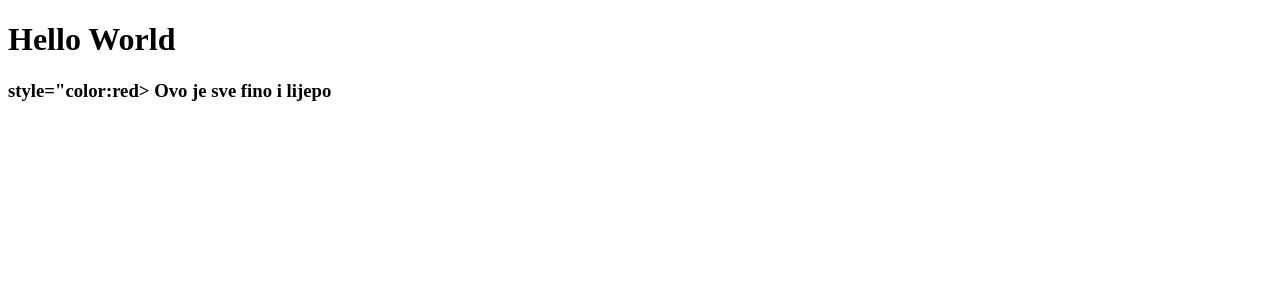
Repository: SemirSahman/Month2
Page: W11D03/public/about.html
An editor plug-in stored every save of this project. The page is shown before and after the next save, followed by the edit.
The browser window is 1280 px wide. The pictures show the whole page.

Above is the page before, as saved 2015-07-29 09:42:19.

After the next save:
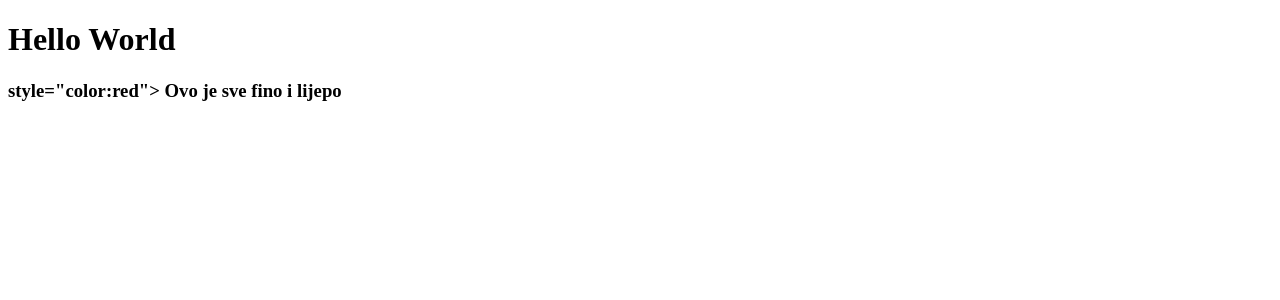
Saved 52 s later.
--- a/W11D03/public/about.html
+++ b/W11D03/public/about.html
@@ -6,7 +6,7 @@
 
 <body>
 <h1>Hello World </h1>
-<h3> style="color:red> Ovo je sve fino i lijepo </h3>
+<h3> style="color:red"> Ovo je sve fino i lijepo </h3>
 </body>
 
 </html>
